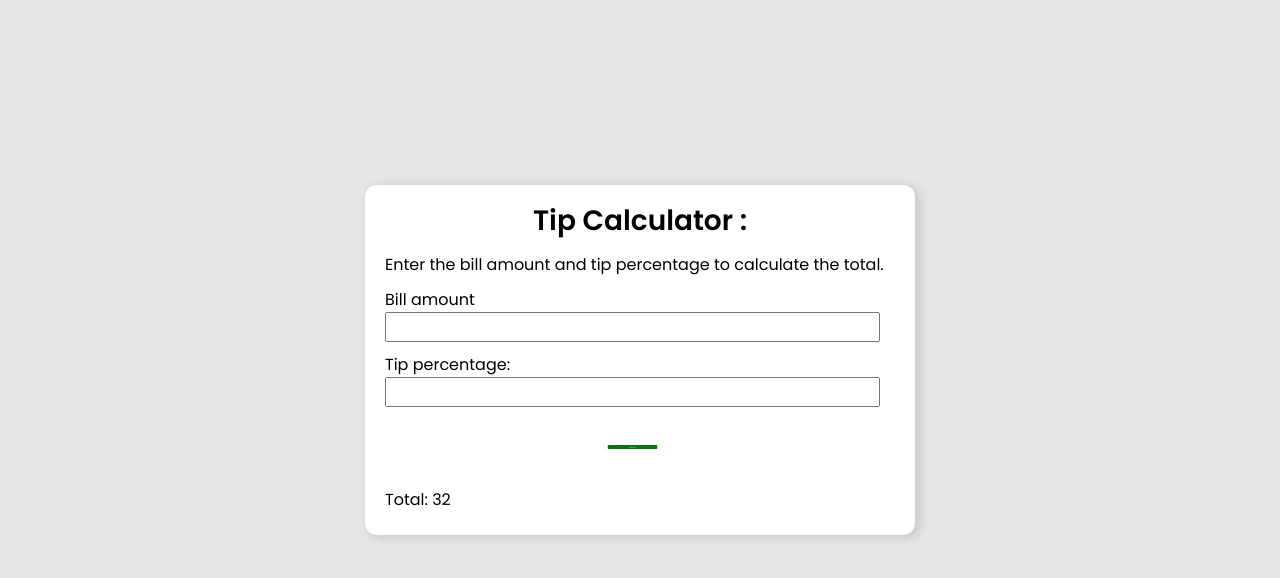
Repository: Ankitkr2021/Tip-Calculator
Page: index.html
These files come from the project's save history. The page is drawn as it stood at one moment and after the next save; the edit follows.
The browser window is 1280 px wide. The pictures show the whole page.
The first visible `button` is being pressed.

Above is the page before, as saved 2025-10-27 11:02:42.

### index.html
<!DOCTYPE html>
<html lang="en">
<head>
    <meta charset="UTF-8">
    <meta name="viewport" content="width=device-width, initial-scale=1.0">
    <title>Tip Calculator</title>
    <link rel="stylesheet" href="./style.css">
</head>
<body>
    <div class="box">
        <h2>Tip Calculator :</h2>
        <p>Enter the bill amount and tip percentage to calculate the total.</p>
        <p>Bill amount</p>
        <input type="number">
        <p>Tip percentage:</p>
        <input type="number">
        <button>Calculate</button>
        <p>Total: <span>32</span></p>
    </div>
</body>
</html>

### style.css
@import url('https://fonts.googleapis.com/css2?family=Poppins:wght@300;400;500;600;700&display=swap');

*{
    margin: 0;
    padding: 0;
    box-sizing: border-box;
    font-family: "Poppins",sans-serif;
}

body {
    height: 100vh;
    width: 100%;
    display: flex;
    align-items: center;
    justify-content: center;
    background: rgba(0,0,0,0.1);
}

.box {
    background: #fff;
    height: 350px;
    width: 550px;
    box-shadow: 4px 2px 8px 2px rgba(0,0,0,0.1);
    border-radius: 12px;
}

h2{
    text-align: center;
    padding: 15px 0 0 0;
    font-size: 28px;
    font-weight: 600;
}

p{
    padding: 10px 10px 0 10px ;
    margin-left: 10px;

}

input {
    width: 90%;
    height: 30px;
    margin-left: 20px;
    font-size: 18px;
    padding: 8px;
}

button {
    padding: 3px 0 0 0;
    width: 90%;
    margin: 20px;
    height: 40px;
    background: rgb(11, 135, 19);
    border: none;
    color: #fff;
    font-size: 14px;
    border-radius: 8px;
    cursor: pointer;
    transition:all 0.2s ease-in-out;
}

button:active{
    transform: scale(0.1);
    background: rgb(9,115,17);
}

p:nth-last-child(1) {
    padding: 0 10px;
}

After the next save:
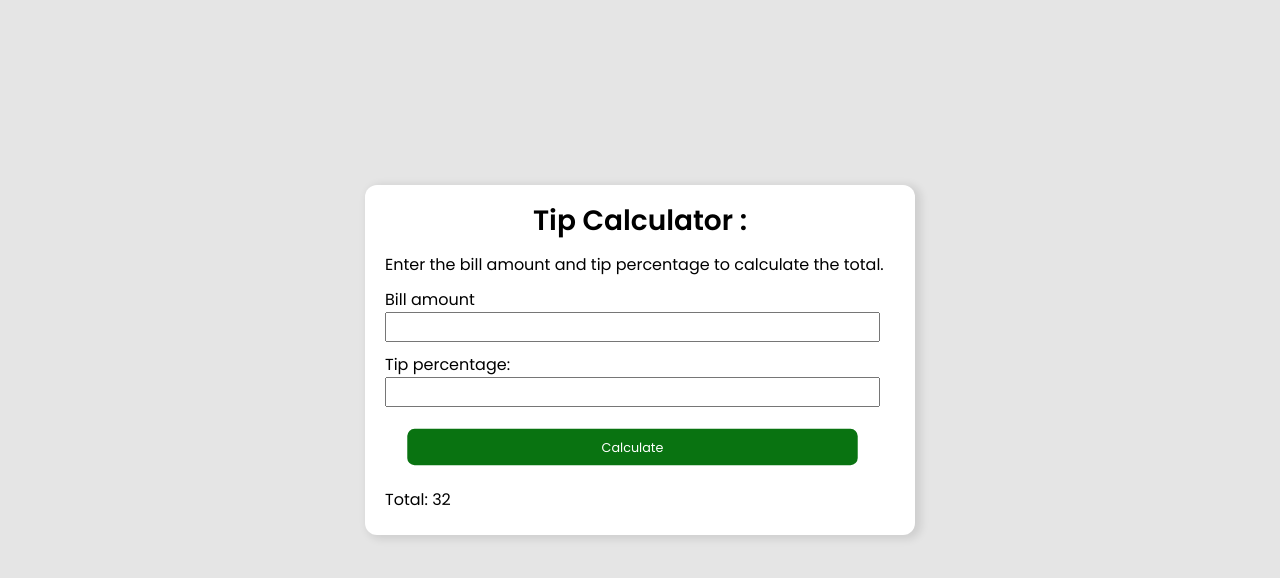
Saved 8 s later.
--- a/style.css
+++ b/style.css
@@ -60,7 +60,7 @@ button {
 }
 
 button:active{
-    transform: scale(0.1);
+    transform: scale(0.91);
     background: rgb(9,115,17);
 }
 
